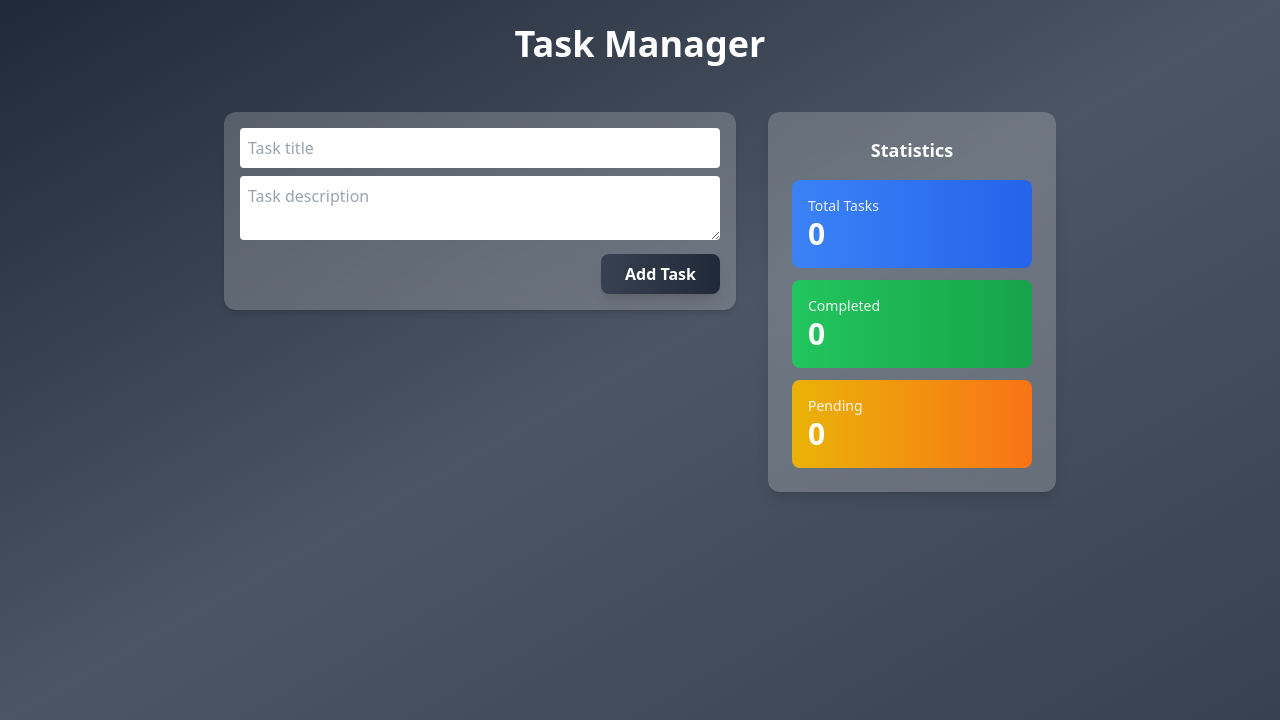
Repository: Meenakshi-commits/mern-task-manager
Page: / (app in client/)
An editor plug-in stored every save of this project. The page is shown before and after the next save, followed by the edit.
The browser window is 1280 px wide. The pictures show the whole page.
The page's requests for data from a server got no answer. The project was rebuilt for these pictures with package versions that can differ from the ones it lists, and the page was loaded fresh each time. No one was signed in, and anything a server would have sent is missing. Also part of the build but not shown: client/vite.config.js, client/src/components/TaskItem.jsx.

Above is the page before, as saved 2026-01-09 17:40:38.

After the next save:
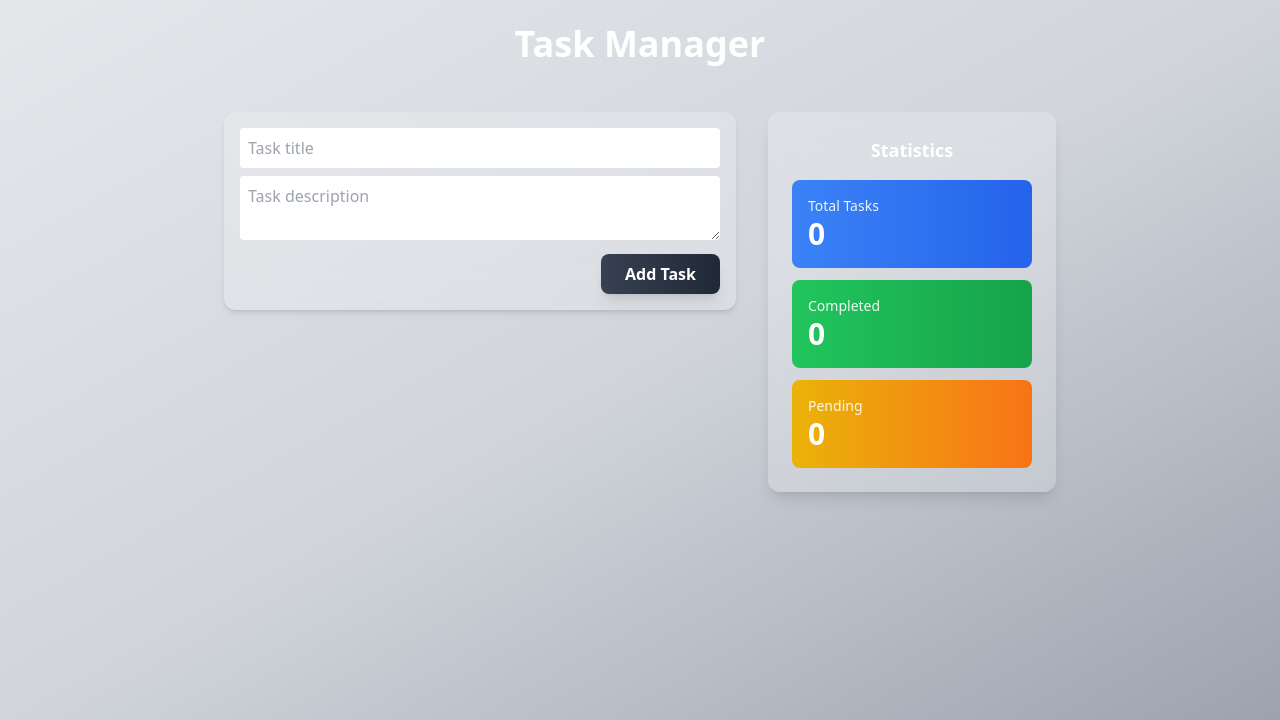
Saved 40 s later.
--- a/client/src/App.jsx
+++ b/client/src/App.jsx
@@ -19,7 +19,7 @@ export default function App() {
   const pending = tasks.length - completed;
 
   return (
-    <div className="min-h-screen bg-gradient-to-br from-gray-800 via-gray-600 to-gray-700 p-6">
+    <div className="min-h-screen bg-gradient-to-br from-gray-200 via-gray-300 to-gray-400 p-6">
       <h1 className="text-4xl font-bold text-center mb-12 text-white">
         Task Manager
       </h1>
